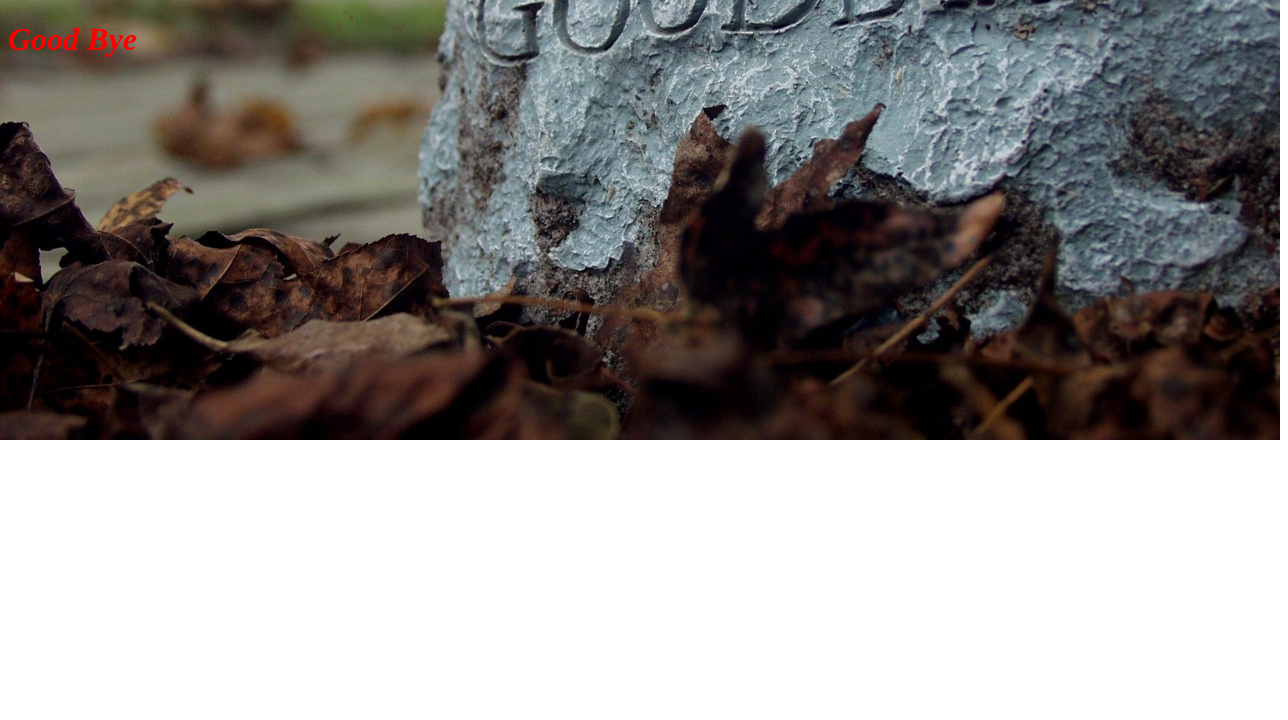
Repository: AJEET006/AdvanceJava-DSA
Page: ADVANCE_JAVA/HW_Example/WebContent/GoodBye.html
The author's editor kept a copy of each file at every save. The page is drawn from the files as they stood at one save, then again after the next save.
The browser window is 1280 px wide. The page is 1288 px wide, so the pictures cover 1288 px, including what lies to the right of the window. The pictures show the whole page.

Above is the page before, as saved 2022-06-21 17:44:54.

### ADVANCE_JAVA/HW_Example/WebContent/GoodBye.html
<!DOCTYPE html>
<html>
<head>

<style>
	body{background-image:url("./GoodBye.jpg"); height: 100%;width:100%;background-position: center;background-repeat: no-repeat;
	background-size: cover;}
</style>
<title>Good bye</title>
</head>

<body>
	<font color="red">
	<h1>

	<i><a>Good Bye</a></i></h1>
	</font>

</body>
</html>

After the next save:
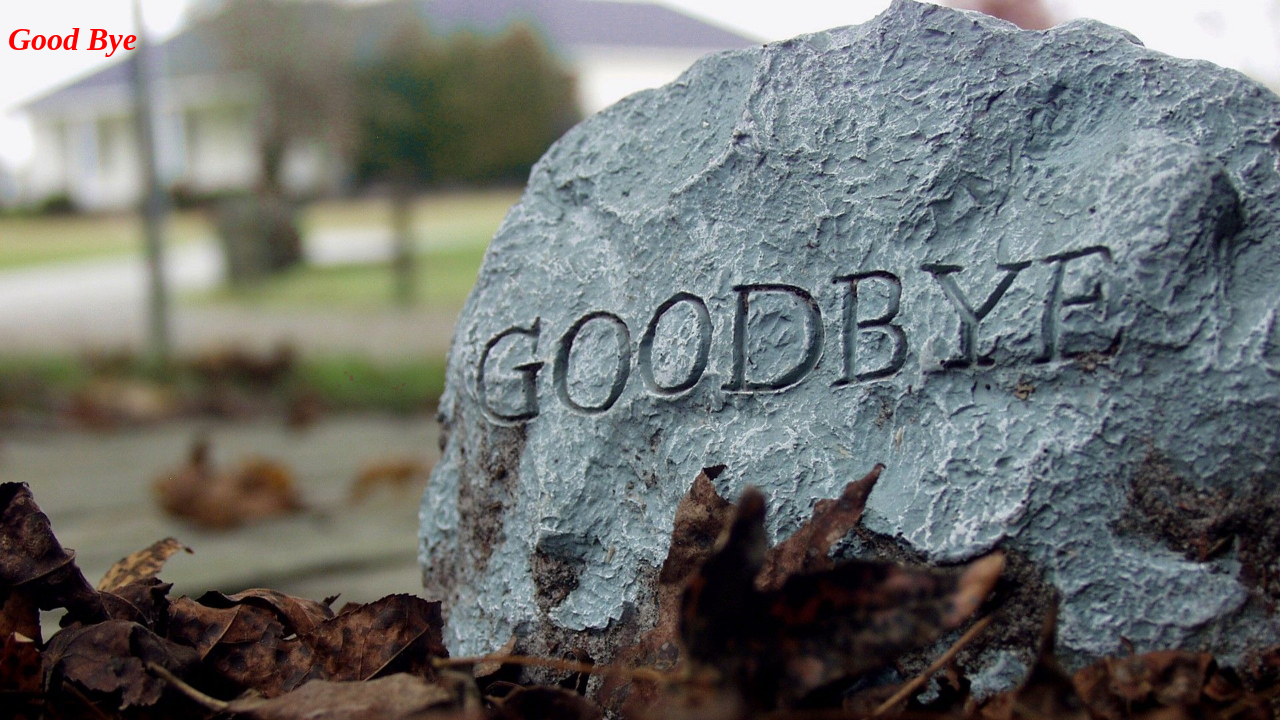
Saved 74 s later.
--- a/ADVANCE_JAVA/HW_Example/WebContent/GoodBye.html
+++ b/ADVANCE_JAVA/HW_Example/WebContent/GoodBye.html
@@ -3,7 +3,7 @@
 <head>
 
 <style>
-	body{background-image:url("./GoodBye.jpg"); height: 100%;width:100%;background-position: center;background-repeat: no-repeat;
+	body{background-image:url("./GoodBye.jpg"); height: 100%;width:100%;background-repeat: no-repeat;
 	background-size: cover;}
 </style>
 <title>Good bye</title>
